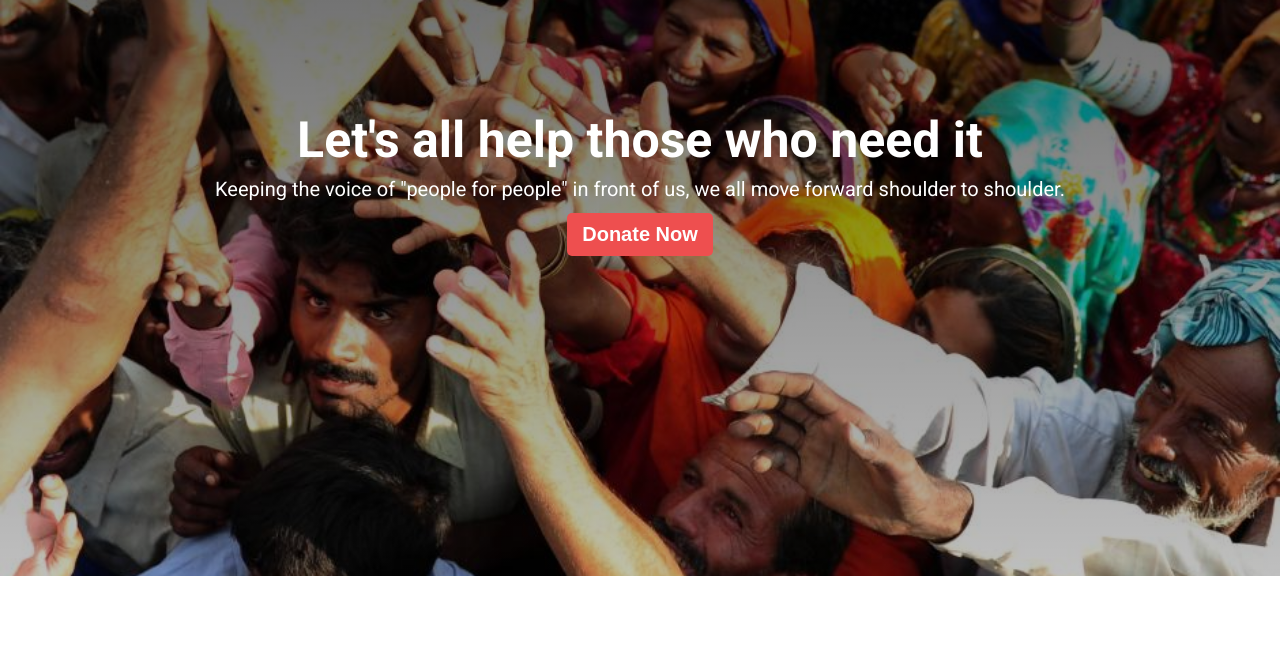
Repository: zjria/suppert-the-helpness
Page: index.html
An editor plug-in stored every save of this project. The page is shown before and after the next save, followed by the edit.
The browser window is 1280 px wide. The pictures show the whole page.

Above is the page before, as saved 2022-08-24 22:18:21.

After the next save:
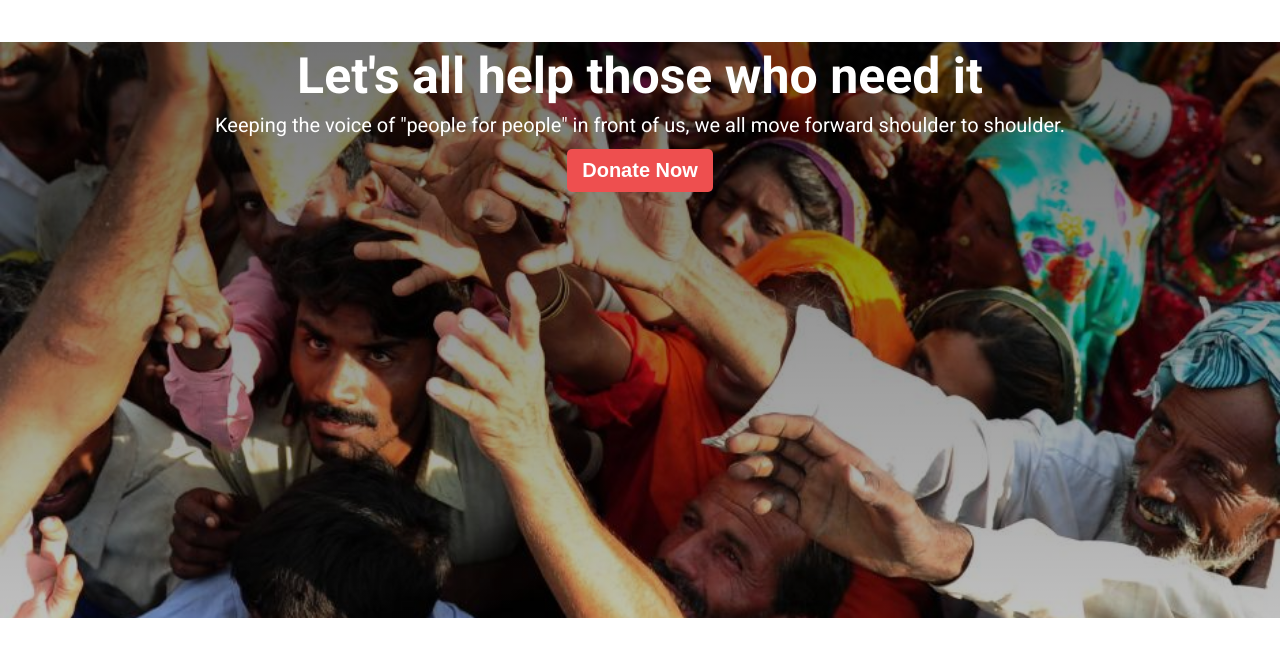
Saved 29 s later.
--- a/style.css
+++ b/style.css
@@ -18,7 +18,7 @@
     margin: auto;
     justify-content: center;
     align-items: center;
-    padding-top: 5%;
+    /* padding-top: 5%; */
 }
 
 .header-text h1 {

After the save that followed:
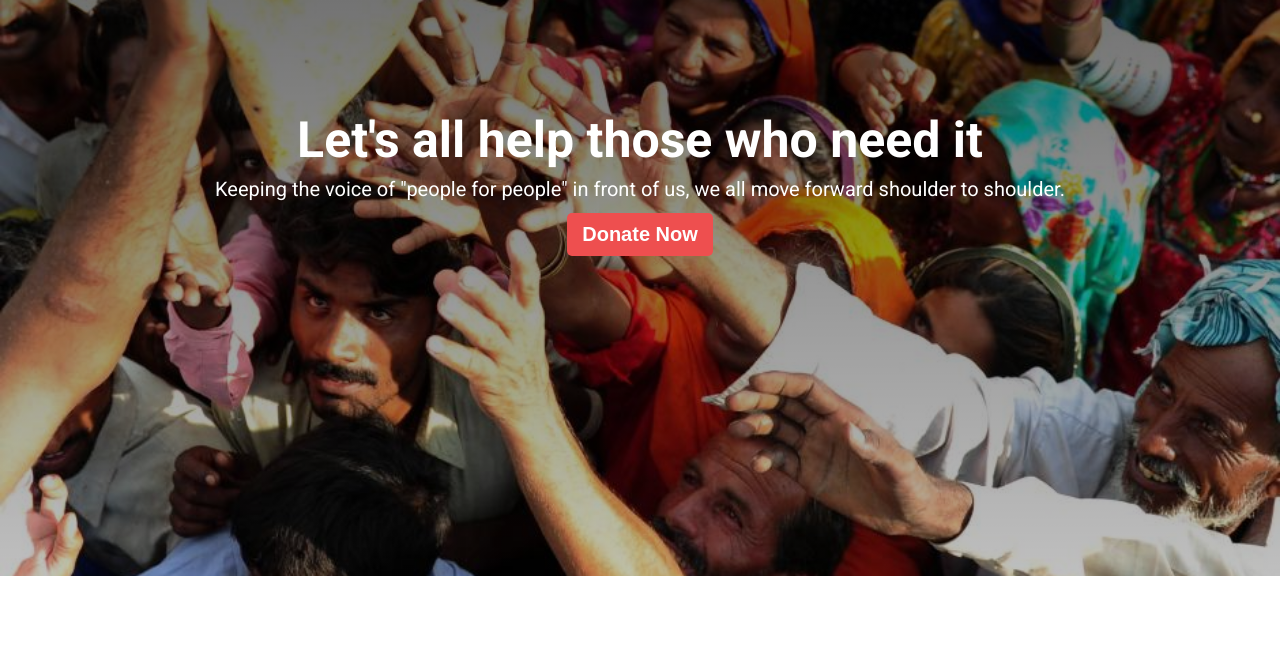
Saved 7 s later.
--- a/style.css
+++ b/style.css
@@ -18,7 +18,7 @@
     margin: auto;
     justify-content: center;
     align-items: center;
-    /* padding-top: 5%; */
+    padding-top: 5%;
 }
 
 .header-text h1 {
